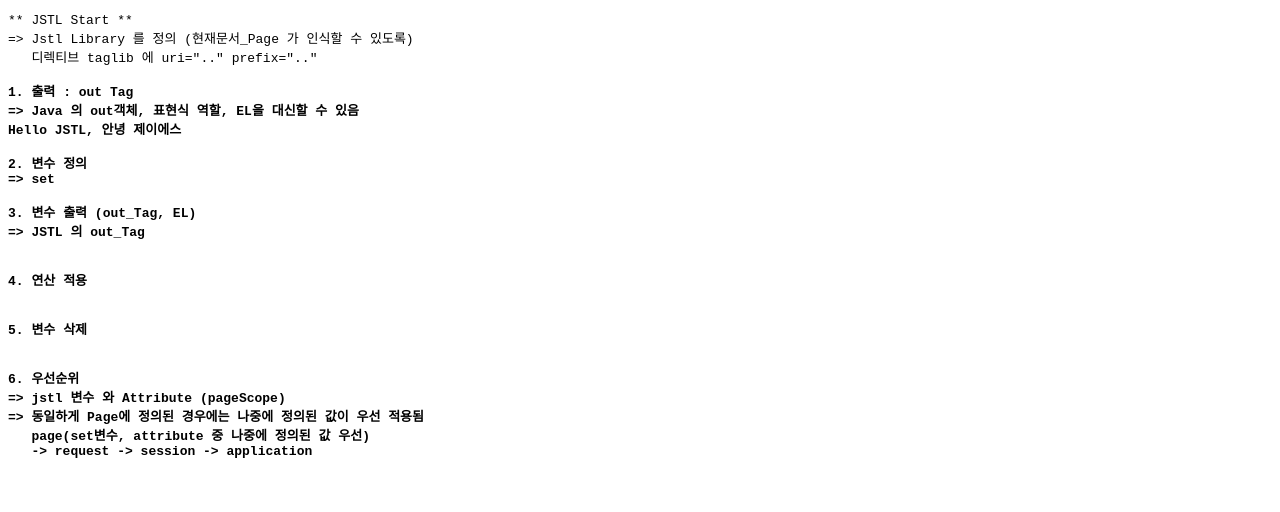
Repository: nameground/Java
Page: http://localhost/Web01/jsp05_JSTL/ex01_JSTLStart.jsp
The author's editor kept a copy of each file at every save. The page is drawn from the files as they stood at one save, then again after the next save.
The browser window is 1280 px wide. The pictures show the whole page.
The page is served by Tomcat 9. Nobody is signed in. The application's start-up code is not run. Other server files are loaded and not shown.

Above is the page before, as saved 2023-10-13 05:59:31.

### mTest/Mywork/Web01/src/main/webapp/jsp05_JSTL/ex01_JSTLStart.jsp
<%@ page language="java" contentType="text/html; charset=UTF-8"
    pageEncoding="UTF-8"%>
<%@ taglib uri="http://java.sun.com/jsp/jstl/core" prefix="c" %>
<!DOCTYPE html>
<html>
<head>
<meta charset="UTF-8">
<title>JSTL Start</title>
</head>
<body>
<pre>
** JSTL Start **
=> Jstl Library 를 정의 (현재문서_Page 가 인식할 수 있도록)
   디렉티브 taglib 에 uri=".." prefix=".."
<b>
1. 출력 : out Tag
=> Java 의 out객체, 표현식 역할, EL을 대신할 수 있음
<c:out value="Hello JSTL, 안녕 제이에스"/>

2. 변수 정의
=> set

3. 변수 출력 (out_Tag, EL)
=> JSTL 의 out_Tag


4. 연산 적용


5. 변수 삭제


6. 우선순위
=> jstl 변수 와 Attribute (pageScope)
=> 동일하게 Page에 정의된 경우에는 나중에 정의된 값이 우선 적용됨
   page(set변수, attribute 중 나중에 정의된 값 우선)
   -> request -> session -> application

</b></pre>
</body>
</html>

After the next save:
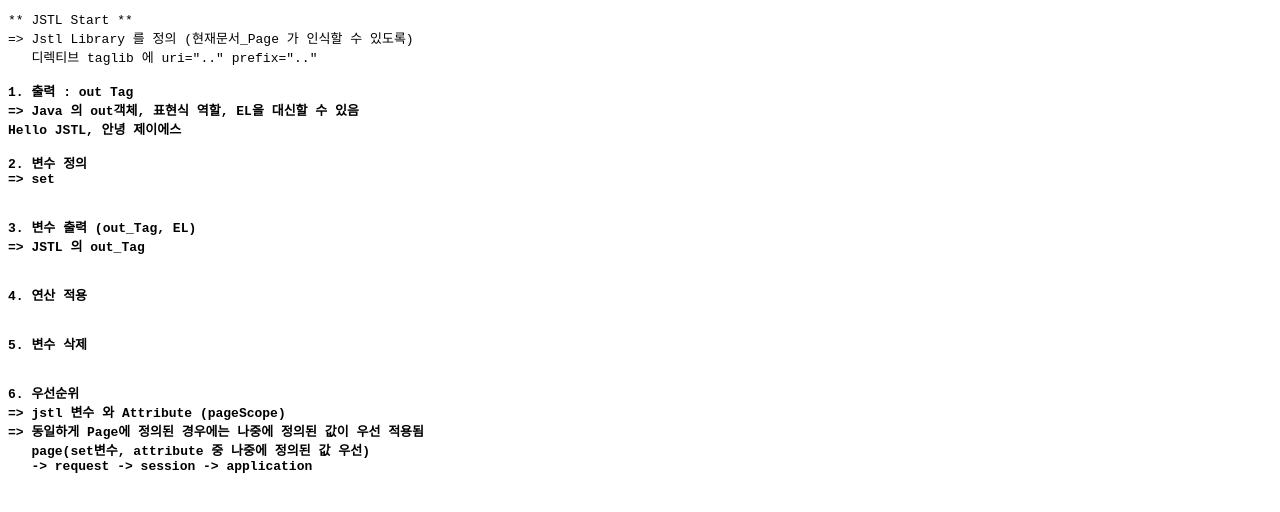
Saved 2 min 49 s later.
--- a/mTest/Mywork/Web01/src/main/webapp/jsp05_JSTL/ex01_JSTLStart.jsp
+++ b/mTest/Mywork/Web01/src/main/webapp/jsp05_JSTL/ex01_JSTLStart.jsp
@@ -19,6 +19,7 @@
 
 2. 변수 정의
 => set
+<c:set value ="풩길풩" var = "name" />
 
 3. 변수 출력 (out_Tag, EL)
 => JSTL 의 out_Tag
